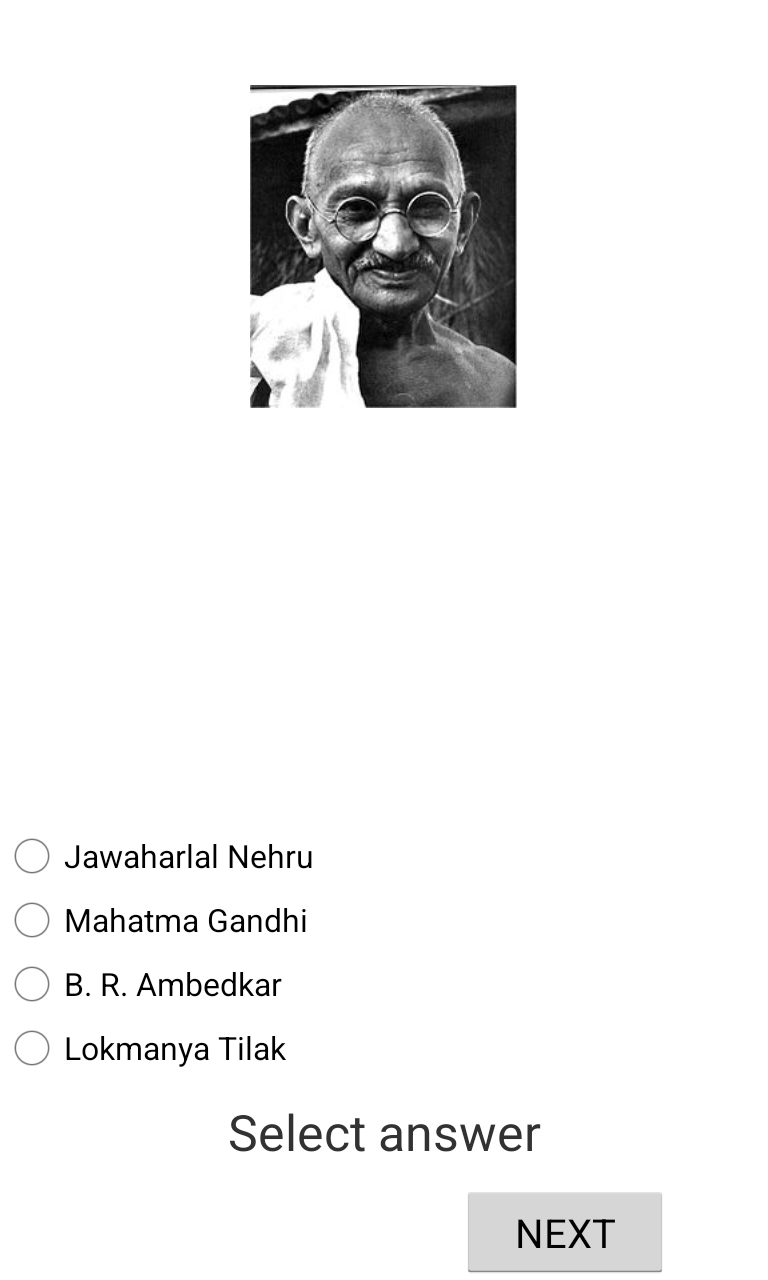
Repository: rupaligarje123/aakash
Layout: androidphotoquiz/FunChem1/photoquiz/res/layout/que4.xml
The author's editor kept a copy of each file at every save. The layout is drawn from the files as they stood at one save, then again after the next save.
It is drawn on a 768 x 1280 px phone screen (xhdpi) without system bars, with theme AppTheme; the app's code is not run.

Above is the layout before, as saved 2013-04-18 10:28:20.

### androidphotoquiz/FunChem1/photoquiz/res/layout/que4.xml
<?xml version="1.0" encoding="utf-8"?>
<LinearLayout xmlns:android="http://schemas.android.com/apk/res/android"
    android:layout_width="match_parent"
    android:layout_height="match_parent"
    android:orientation="vertical" >

    <ImageView
        android:id="@+id/imageView1"
        android:layout_width="wrap_content"
        android:layout_height="wrap_content"
         android:layout_gravity="center"
        android:layout_weight="1"
        android:src="@drawable/pic4" />

    <TextView
        android:id="@+id/editText1"
        android:layout_width="match_parent"
        android:layout_height="80sp"
        android:layout_weight="1"
        android:gravity="center"

        android:textSize="25sp" >
    </TextView>

<RadioGroup
    android:layout_width="fill_parent"
    android:layout_height="wrap_content"
    android:orientation="vertical">
    >
    <RadioButton
        android:id="@+id/rd401"
        android:layout_width="wrap_content"
        android:layout_height="wrap_content"
        android:layout_weight="1"
        android:text="Jawaharlal Nehru" />

    <RadioButton
        android:id="@+id/rd402"
        android:layout_width="wrap_content"
        android:layout_height="wrap_content"
        android:layout_weight="1"
        android:text="Mahatma Gandhi" />

    <RadioButton
        android:id="@+id/rd403"
        android:layout_width="wrap_content"
        android:layout_height="wrap_content"
        android:layout_weight="1"
        android:text="B. R. Ambedkar" />

    <RadioButton
        android:id="@+id/rd404"
        android:layout_width="wrap_content"
        android:layout_height="wrap_content"
        android:layout_weight="1"
        android:text="Lokmanya Tilak" />


    </RadioGroup>

<TextView
    android:id="@+id/tvr4"
    android:layout_width="match_parent"
    android:layout_height="52dp"
    android:gravity="center"
    android:text="@string/Result"
    android:textSize="25sp" />

<Button
    android:id="@+id/bn4"
    android:layout_width="105dp"
    android:layout_height="wrap_content"
    android:layout_marginLeft="230sp"
    android:text="NEXT"
    android:textSize="20sp" />

</LinearLayout>

### androidphotoquiz/FunChem1/photoquiz/res/values/strings.xml
<?xml version="1.0" encoding="utf-8"?>
<resources>

    <string name="app_name">FunChem</string>
    <string name="action_settings">Settings</string>
    <string name="hello_world">Identify Image</string>
    <string name="Result">Select answer</string>
    <string name="string1">Start</string>

</resources>

Loaded but not shown: androidphotoquiz/FunChem1/photoquiz/res/values/styles.xml (common file); androidphotoquiz/FunChem1/photoquiz/res/values-v11/styles.xml (common file); androidphotoquiz/FunChem1/photoquiz/res/values-v14/styles.xml (common file)

After the next save:
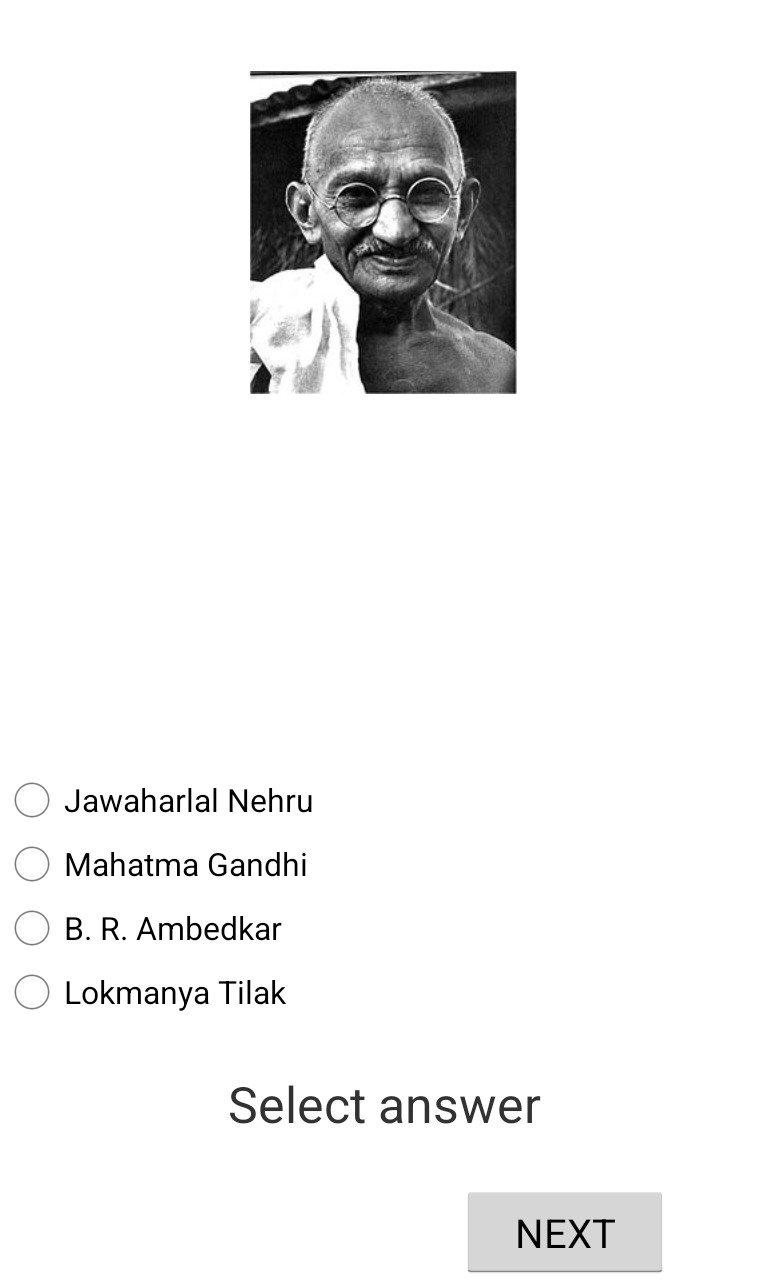
Saved 96 s later.
--- a/androidphotoquiz/FunChem1/photoquiz/res/layout/que4.xml
+++ b/androidphotoquiz/FunChem1/photoquiz/res/layout/que4.xml
@@ -61,7 +61,7 @@
 <TextView
     android:id="@+id/tvr4"
     android:layout_width="match_parent"
-    android:layout_height="52dp"
+    android:layout_height="80dp"
     android:gravity="center"
     android:text="@string/Result"
     android:textSize="25sp" />
